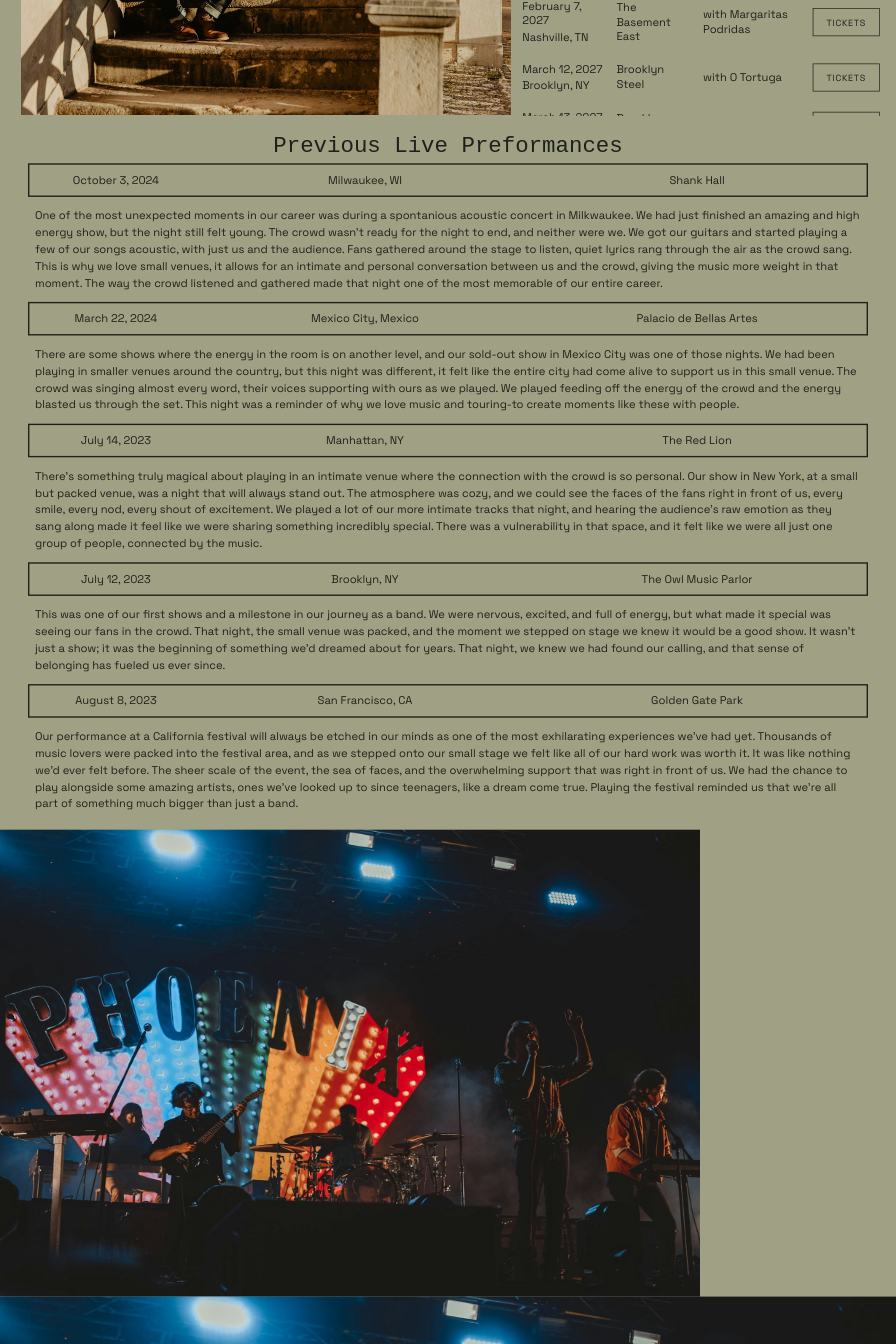
Repository: lime929/voices-del-viento
Page: /tour
An editor plug-in stored every save of this project. The page is shown before and after the next save, followed by the edit.
The browser window is 1280 px wide. The pictures show the part of the page from y = 826 to 2746 px (the page is 10079 px tall before and 10129 px after), at 70% of full size.
An inner scrolling area shows only its first screen. The project was rebuilt for these pictures with package versions that can differ from the ones it lists, and the page was loaded fresh each time. The framework's server and built-in components were replaced by stand-ins that run in the browser. Also part of the build but not shown: next.config.mjs.

Above is the page before, as saved 2026-09-15 17:42:44.

### app/layout.jsx
import '../app/globals.css';
import Footer from '../app/components/Footer';
import NavBar from '../app/components/NavBar';


export const metadata = {
  title: "Voces del Viento",
  description:
    "Voces del Viento is a Mexican indie rock band from Michoacán, blending classic Latin rock influences with modern sounds inspired by Caifanes, Juanes, and Los Enanitos Verdes. Discover their heartfelt music, cultural roots, and energetic live performances.",
  keywords: [
    "Voces del Viento",
    "Mexican indie rock",
    "Michoacán, Mexico",
    "Latin rock",
    "Alternative music",
    "band from Mexico",
    "indie music",
  ],
};

export default function MainLayout({ children }) {
  return (
    <html lang="en">
      <body>
        <NavBar />
        {children}
        <Footer />
      </body>
    </html>
  );
}

### app/tour/page.jsx
import styles from "./page.module.css";
import TourCurrent from "../components/TourCurrent";
import TourPast from "../components/TourPast";
import tours from "./tours.json";
import Image from "next/image";
import tourImage from "../../public/images/tour/tourImage.jpg";
import TourGallery from "../components/TourGallery";

export const metadata = {
  title: "Voces del Viento | Tour",
  description: "Live performances and tour dates for Voces del Viento. Check out our upcoming concerts and events.",
  keywords: [
    "Voces del Viento",
    "Concert announcements",
    "Live performances",
    "Tour dates",
    "Music events",
    "Band tour",
    "Live music",
    "Concert schedule",
    "Tour updates",
    "Music tour"
  ]
};

export default function TourPage() {
  const upcomingTours = tours.filter((tour) => tour.status === "upcoming");
  const pastTours = tours.filter((tour) => tour.status === "past");

  return (
    <>
      <div className={styles.tourContainer}>
      <div className={styles.tourHeader}>
        <h2 className={styles.tourTitle}>La Belleza del Cielo Tour</h2>
        <h4 className={styles.bandName}>Voices Del Viento</h4>
      </div>
       <div className={styles.currentColumns}>
  <div className={styles.currentTourImageWrap}>
          <Image
            src={tourImage}
            alt="Band's Tour image"
            width={700}
            height={800}
            sizes="100vw"
            className={styles.tourImage}
          />
        </div>
          <div className={styles.currentTourList}>
            {upcomingTours.map((tour) => (
            <TourCurrent key={tour.id} tour={tour} />
          ))}
          </div>
        </div>

        <div className={styles.pastTourList}>
          <h3 className={styles.pastTourTitle}>Previous Live Preformances</h3>
          {pastTours.map((tour) => (
            <TourPast key={tour.id} tour={tour} />
          ))}
        </div>
      </div>
      <TourGallery />
    </>
  );
}

### app/globals.css
/* @import url("https://fonts.googleapis.com/css2?family=Bebas+Neue&family=DM+Sans:opsz,wght@9..40,400;9..40,500;9..40,600;9..40,700&family=Space+Mono:wght@400;700&display=swap");
@import url('https://fonts.googleapis.com/css2?family=Space+Grotesk:wght@300..700&display=swap'); */

@import url('https://fonts.googleapis.com/css2?family=Archivo+Black&family=Bebas+Neue&family=DM+Sans:ital,opsz,wght@0,9..40,100..1000;1,9..40,100..1000&family=Oswald:wght@200..700&family=Roboto+Mono:ital,wght@0,100..700;1,100..700&family=Space+Grotesk:wght@300..700&display=swap');
@import "tailwindcss";

@theme {
      /* Large headings and album titles */
  --font-display: "Bebas Neue", sans-serif;
    /* Paragraphs, navigation, and buttons */
  --font-body: "Space Grotesk", sans-serif;
    /* Dates, labels, and small details */
  --font-mono: "Space Mono", monospace;

    /* Main page background */
  --color-band-bg: #A0A084;
    /* Main text, dark sections & footer */
  --color-band-ink: #1E211B;
    /* Text on dark/red backgrounds */
  --color-band-cream: #F2EBD8;
    /* Borders and secondary accents */
  --color-band-olive: #5a5a44;
    /* Small highlights and labels */
  --color-band-gold: #C49A46;
}

body {
  font-family: var(--font-body);
  background-color: var(--color-band-bg);
  color: var(--color-band-ink);
  margin: 0;
  padding: 0;
}

### app/components/Footer.jsx
export default function Footer() {
  return (
    <footer className="border-t border-band-olive bg-band-ink py-8 px-4 sm:px-6">
      <div className="mx-auto max-w-6xl">
        <div className="flex flex-col items-center justify-between gap-8 text-sm md:flex-row">
          {/* Copyright */}
          <div className="order-2 text-center md:order-1 md:text-left">
            <p className="font-semibold text-band-cream">
              © {new Date().getFullYear()}{' '}
              <span className="font-black text-band-cream">Voices Del Viento</span>
            </p>
            <p className="mt-1 font-mono text-xs tracking-wider text-band-gold">
              Made with Next.js & Tailwind by Liliana Mendez
            </p>
          </div>

          {/* Right links */}
          <nav className="order-1 flex items-center gap-6 md:order-2">
            <a
              href="/store"
              className="border-b-2 border-transparent pb-1 text-sm font-semibold text-band-cream transition-all duration-200 hover:border-band-gold hover:text-band-gold"
            >
              Store
            </a>
            <a
              href="/tour"
              className="border-b-2 border-transparent pb-1 text-sm font-semibold text-band-cream transition-all duration-200 hover:border-band-gold hover:text-band-gold"
            >
              Tour
            </a>
            <a
              href="/about"
              className="border-b-2 border-transparent pb-1 text-sm font-semibold text-band-cream transition-all duration-200 hover:border-band-gold hover:text-band-gold"
            >
              About
            </a>
            <a
              href="/news"
              className="border-b-2 border-transparent pb-1 text-sm font-semibold text-band-cream transition-all duration-200 hover:border-band-gold hover:text-band-gold"
            >
              News
            </a>
            <a
              href="/support"
              className="border-b-2 border-transparent pb-1 text-sm font-semibold text-band-cream transition-all duration-200 hover:border-band-gold hover:text-band-gold"
            >
              Support
            </a>
          </nav>
        </div>
      </div>
    </footer>
  );
}

### app/components/NavBar.jsx
'use client';
import { useState } from "react";
import Link from "next/link";
import Image from "next/image";
import { usePathname } from "next/navigation";
import { FaBars, FaTimes, FaFacebook, FaInstagram, FaYoutube, FaTwitter,FaSpotify } from "react-icons/fa";
import logoIcon from '../../app/icon.png';

export default function NavBar() {
  const [isMobileMenuOpen, setIsMobileMenuOpen] = useState(false);
  const pathname = usePathname();

  return (
    <>
      <nav className="bg-band-ink border-b border-band-olive sticky top-0 z-50">
        <div className="px-4 lg:px-6">
          <div className="relative flex h-24 items-center justify-between">

            {/* Mobile menu button: always positioned absolute left and hidden on md+ screens */}
            <div className="absolute inset-y-0 left-0 flex items-center md:hidden">
              <button
                onClick={() => setIsMobileMenuOpen(!isMobileMenuOpen)}
                className="inline-flex items-center justify-center p-2 rounded-md text-band-cream hover:text-band-gold hover:bg-band-olive/20 focus:outline-none focus:ring-2 focus:ring-band-gold"
                aria-controls="mobile-menu"
                aria-expanded={isMobileMenuOpen}
              >
                <span className="sr-only">Open main menu</span>
                {isMobileMenuOpen ? (
                  <FaTimes className="block h-6 w-6" />
                ) : (
                  <FaBars className="block h-6 w-6" />
                )}
              </button>
            </div>

            <div className="flex flex-1 items-center justify-center md:justify-start">
              <Link href="/" className="flex flex-shrink-0 items-center gap-2 hover:opacity-90 transition">
                <Image
                  src={logoIcon}
                  alt="Voices Del Viento Logo"
                  width={50}
                  height={50}
                  priority
                />

                <span className="hidden font-display text-4xl font-bold uppercase tracking-wide text-band-cream transition-colors hover:text-band-gold md:block md:mr-9">
                Voces Del Viento
                </span>
              </Link>


              <div className="hidden md:ml-6 md:block md:pt-2">
                <div className="flex space-x-4 lg:space-x-6">
                  <Link
                    href="/store"
                    className={`${
                      pathname === "/store" ? "border-b-2 border-band-gold text-band-gold" : "border-b-2 border-transparent text-band-cream hover:text-band-gold hover:border-band-gold"
                    } text-lg font-semibold pb-1 transition-all`}
                  >
                    Store
                  </Link>
                  <Link
                    href="/tour"
                    className={`${
                      pathname === "/tour" ? "border-b-2 border-band-gold text-band-gold" : "border-b-2 border-transparent text-band-cream hover:text-band-gold hover:border-band-gold"
                    } text-lg font-semibold pb-1 transition-all`}
                  >
                    Tour
                  </Link>
                  <Link
                    href="/about"
                    className={`${
                      pathname === "/about" ? "border-b-2 border-band-gold text-band-gold" : "border-b-2 border-transparent text-band-cream hover:text-band-gold hover:border-band-gold"
                    } text-lg font-semibold pb-1 transition-all`}
                  >
                    About
                  </Link>
                  <Link
                    href="/news"
                    className={`${
                      pathname === "/news" ? "border-b-2 border-band-gold text-band-gold" : "border-b-2 border-transparent text-band-cream hover:text-band-gold hover:border-band-gold"
                    } text-lg font-semibold pb-1 transition-all`}
                  >
                    News
                  </Link>
                  <Link
                    href="/support"
                    className={`${
                      pathname === "/support" ? "border-b-2 border-band-gold text-band-gold" : "border-b-2 border-transparent text-band-cream hover:text-band-gold hover:border-band-gold"
                    } text-lg font-semibold pb-1 transition-all`}
                  >
                    Support
                  </Link>
                </div>
              </div>
            </div>

            <div className="absolute inset-y-0 right-0 flex items-center pr-2 md:static md:ml-6 md:pr-0">
              <div className="flex items-center gap-2 text-band-cream">
             <button className="relative p-2 rounded-full transition-transform duration-250 ease-in-out hover:scale-110 hover:text-band-gold">
                    <FaFacebook className="h-6 w-6" />
                </button>
             <button className="relative p-2 rounded-full transition-transform duration-250 ease-in-out hover:scale-110 hover:text-band-gold">
                    <FaInstagram className="h-6 w-6" />
                </button>
             <button className="relative p-2 rounded-full transition-transform duration-250 ease-in-out hover:scale-110 hover:text-band-gold">
                    <FaYoutube className="h-6 w-6" />
                </button>
             <button className="relative p-2 rounded-full transition-transform duration-250 ease-in-out hover:scale-110 hover:text-band-gold">
                    <FaTwitter className="h-6 w-6" />
                </button>
            <button className="relative p-2 rounded-full transition-transform duration-250 ease-in-out hover:scale-110 hover:text-band-gold">
                    <FaSpotify className="h-6 w-6" />
                </button>
              </div>
            </div>
          </div>
        </div>

        {/* Mobile menu */}
        {isMobileMenuOpen && (
          <div className="md:hidden bg-band-ink/95 backdrop-blur-md border-t border-band-olive px-4 pb-4 pt-2 space-y-1">
            <Link
              href="/store"
              className={`${
                pathname === "/store" ? "bg-band-olive/20 text-band-cream" : "border-b-2 border-transparent text-band-cream hover:bg-band-olive/20 hover:text-band-gold"
              } block rounded-md px-3 py-3 text-base font-semibold transition-colors`}
              onClick={() => setIsMobileMenuOpen(false)}
            >
              Store
            </Link>
            <Link
              href="/tour"
              className={`${
                pathname === "/tour" ? "bg-band-olive/20 text-band-cream" : "border-b-2 border-transparent text-band-cream hover:bg-band-olive/20 hover:text-band-gold"
              } block rounded-md px-3 py-3 text-base font-semibold transition-colors`}
              onClick={() => setIsMobileMenuOpen(false)}
            >
              Tour
            </Link>
            <Link
              href="/about"
              className={`${
                pathname === "/about" ? "bg-band-olive/20 text-band-cream" : "border-b-2 border-transparent text-band-cream hover:bg-band-olive/20 hover:text-band-gold"
              } block rounded-md px-3 py-3 text-base font-semibold transition-colors`}
              onClick={() => setIsMobileMenuOpen(false)}
            >
              About
            </Link>
            <Link
              href="/news"
              className={`${
                pathname === "/news" ? "bg-band-olive/20 text-band-cream" : "border-b-2 border-transparent text-band-cream hover:bg-band-olive/20 hover:text-band-gold"
              } block rounded-md px-3 py-3 text-base font-semibold transition-colors`}
              onClick={() => setIsMobileMenuOpen(false)}
            >
              News
            </Link>
            <Link
              href="/support"
              className={`${
                pathname === "/support" ? "bg-band-olive/20 text-band-cream" : "border-b-2 border-transparent text-band-cream hover:bg-band-olive/20 hover:text-band-gold"
              } block rounded-md px-3 py-3 text-base font-semibold transition-colors`}
              onClick={() => setIsMobileMenuOpen(false)}
            >
              Support
            </Link>
          </div>
        )}
      </nav>
    </>
  );
}

### app/tour/page.module.css
/* Tour banner */
.tourContainer {
  display: flex;
  flex-direction: column;
  padding: 10px;
  background-color: var(--color-band-bg);
}

.tourHeader {
    align-items: center;
    text-align: center;
    width: 100vw;
    margin-left: calc(50% - 50vw);
    box-sizing: border-box;
}

.bandName {
  font-family: var(--font-mono);
  border-bottom: 2px solid var(--color-band-olive);
  padding-bottom: 5px;
}

.tourTitle {
  font-size: 2rem;
  font-weight: bold;
  margin-bottom: 5px;
  color: var(--color-band-ink);
  font-family: var(--font-display);
}

/* current tour entries */
.currentColumns {
  display: grid;
  grid-template-columns: 1fr 1fr;
  align-items: center;
  width: 100%;
}

.currentTourImageWrap {
  width: 700px;
  margin-top: 0;
  margin-left: 20px
}

.tourImage {
  width: 100%;
  height: auto;
  display: block;
}

.currentTourList {
  display: flex;
  flex-direction: column;
  gap: 0;
  max-height: 800px;
  overflow-y: auto;
  padding-right: 0.5rem;
}

.tourEntry {
  display: grid;
  grid-template-columns: 1.1fr 1fr 1.3fr auto;
  grid-template-rows: auto auto;
  align-items: center;
  gap: 1rem;
  padding: 0.4rem 0.3rem 0.1rem 1rem;
}

.tourEntry:hover {
  background-color: rgba(0, 0, 0, 0.05);
  transition: background-color 0.2s ease;
}

.tourDateLocation {
  display: flex;
  flex-direction: column;
  gap: 0.2rem;
}

.tourDateCell,
.tourLocationCell,
.tourVenueCell,
.tourGuestCell {
  font-size: 1rem;
  line-height: 1.3;
  margin: 0;
}

.tourTickets {
  justify-self: end;
  padding: 0.6rem 1.2rem;
  border: 1px solid var(--color-band-ink);
  text-decoration: none;
  color: var(--color-band-ink);
  text-transform: uppercase;
  letter-spacing: 0.08em;
  font-size: 0.8rem;
  transition: background-color 0.2s ease, color 0.2s ease;
}

.tourTickets:hover {
  background-color: var(--color-band-ink);
  color: var(--color-band-cream);
}

/* smaller screens */
/* dates appear below img */
@media (width <= 768px) {
  .tourContainer {
    display: flex;
    flex-direction: column;
  }

  .currentColumns {
    display: flex;
    flex-direction: column;
    width: 100%;
  }

  .currentTourImageWrap {
    width: 100%;
    margin-left: 0;
  }

  /* .pastTour {
    margin: 0;
  } */
}

/* Past tour dates */
.pastTourHeader {
  display: grid;
  grid-template-columns: 1fr 2fr 2fr;
  padding: 10px 5px;
   text-align: center;
  border: 2px solid var(--color-band-ink);

}
.pastTourTitle {
 font-family: var(--font-mono);
 margin-top: 20px;
 font-size: 2rem;
  text-align: center;
}
.pastTour {
  max-width: 1200px;
  width: 100%;
  margin: 0 auto;
}

.tourDescription {
  padding: 15px 10px 15px 10px;

}


/* Tour Gallery */
.tourGalleryImage {
  width: 100%;
  height: auto;
  cursor: zoom-in;
  transition: transform 0.3s ease;
}

/* triggered when the img is clicked */
.tourGalleryImage.enlarged {
  transform: scale(2);
  cursor: zoom-out;
  z-index: 999;
  position: relative;
}

### app/components/TourCurrent.jsx
import styles from "../tour/page.module.css";

export default function TourCurrent({ tour }) {
  return (
    <div className={styles.tourEntry}>
      <div className={styles.tourDateLocation}>
        <div className={styles.tourDateCell}>{tour.date}</div>
        <div className={styles.tourLocationCell}>{tour.location}</div>
      </div>

      <div className={styles.tourVenueCell}>{tour.venue}</div>

      {tour.specialGuest && (
        <div className={styles.tourGuestCell}>{tour.specialGuest}</div>
      )}

      {tour.tickets && (
        <a
          href={tour.tickets.href}
          className={styles.tourTickets}
          target="_blank"
        >
          {tour.tickets.label}
        </a>
      )}
    </div>
  );
}

### app/components/TourPast.jsx
import styles from "../tour/page.module.css";

export default function TourPast({ tour }) {
  return (
  <>
    <div className={styles.pastTour}>
            <div className={styles.pastTourHeader}>
              <p className={styles.tourDate}>{tour.date}</p>
            <p className={styles.tourLocation}>{tour.location}</p>
            <p className={styles.tourVenue}>{tour.venue}</p>
            </div>
            <p className={styles.tourDescription}>{tour.description}</p>
    </div>
  </>
  );
}

### app/components/TourGallery.jsx
"use client";

import { useState } from "react";
import Image from "next/image";
import styles from "../tour/page.module.css";
import tour1 from "../../public/images/tour/tour-1.jpg";
import tour2 from "../../public/images/tour/tour-2.jpg";
import tour3 from "../../public/images/tour/tour-3.jpg";
import tour4 from "../../public/images/tour/tour-4.jpg";
import tour5 from "../../public/images/tour/tour-5.jpg";
import tour6 from "../../public/images/tour/tour-6.jpg";
import tour7 from "../../public/images/tour/tour-7.jpg";
import tour8 from "../../public/images/tour/tour-8.jpg";

const images = [tour1, tour2, tour3, tour4, tour5, tour6, tour7, tour8];

export default function TourGallery() {
  const [selectedImage, setSelectedImage] = useState(images[0]);

  return (
    <div className={styles.tourGallery}>
      <div className={styles.tourSpotlight}>
        <Image
          src={selectedImage}
          alt="Selected tour image"
          width={1000}
          height={800}
          className={styles.tourSpotlightImage}
        />
      </div>

      <div className={styles.tourGalleryGrid}>
        {images.map((image, index) => (
          <button
            key={index}
            type="button"
            className={styles.tourGalleryThumbButton}
            onClick={() => setSelectedImage(image)}
            aria-label={`View tour image ${index + 1}`}
          >
            <Image
              src={image}
              alt={`Tour Image ${index + 1}`}
              width={300}
              height={240}
              className={styles.tourGalleryImage}
            />
          </button>
        ))}
      </div>
    </div>
  );
}

Loaded but not shown: app/tour/tours.json (247 lines, source omitted)

After the next save:
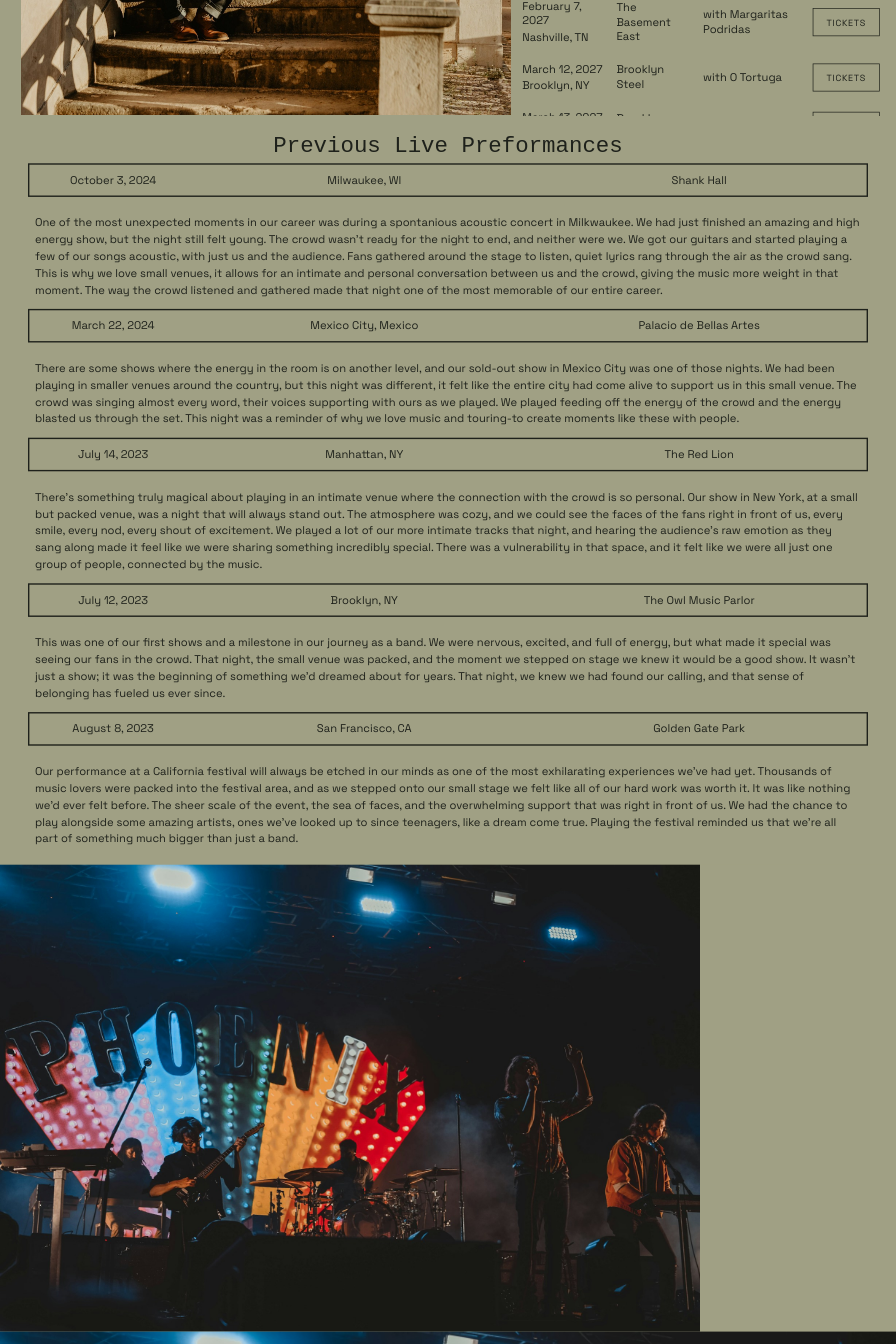
Saved 10 s later.
--- a/app/tour/page.module.css
+++ b/app/tour/page.module.css
@@ -131,10 +131,10 @@
 .pastTourHeader {
   display: grid;
   grid-template-columns: 1fr 2fr 2fr;
-  padding: 10px 5px;
+  padding: 10px 0;
    text-align: center;
   border: 2px solid var(--color-band-ink);
-
+  margin-bottom: 10px;
 }
 .pastTourTitle {
  font-family: var(--font-mono);
